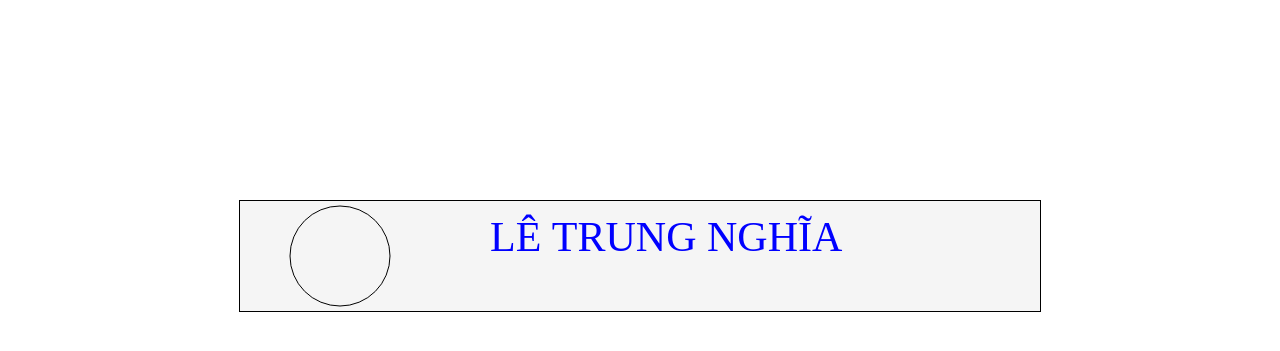
Repository: Nghia19/WEB20022-_00
Page: HTML5_CSS3/bai-4.html
An editor plug-in stored every save of this project. The page is shown before and after the next save, followed by the edit.
The browser window is 1280 px wide. The pictures show the whole page.

Above is the page before, as saved 2021-06-26 13:33:36.

### HTML5_CSS3/bai-4.html
<!DOCTYPE html>
<html lang="en">
  <head>
    <meta charset="UTF-8" />
    <meta http-equiv="X-UA-Compatible" content="IE=edge" />
    <meta name="viewport" content="width=device-width, initial-scale=1.0" />
    <title>Bài 4</title>
  </head>

  <body>
    <canvas
      id="arcexmaple"
      width="800"
      height="110"
      style="
        display: block;
        margin: 200px auto;
        background: whitesmoke;
        border-color: aqua;
        border: 1px solid #000;
      "
    >
    </canvas>
    <script>
      var canvas = document.getElementById("arcexmaple");
      var ctx = canvas.getContext("2d");
      ctx.font = "42px serif";
      ctx.fillStyle = "blue";
      ctx.fillText("LÊ TRUNG NGHĨA", 250, 50);
      ctx.beginPath();
      ctx.arc(100, 55, 50, 0, 2 * Math.PI);
      ctx.stroke();
    </script>
  </body>
</html>

After the next save:
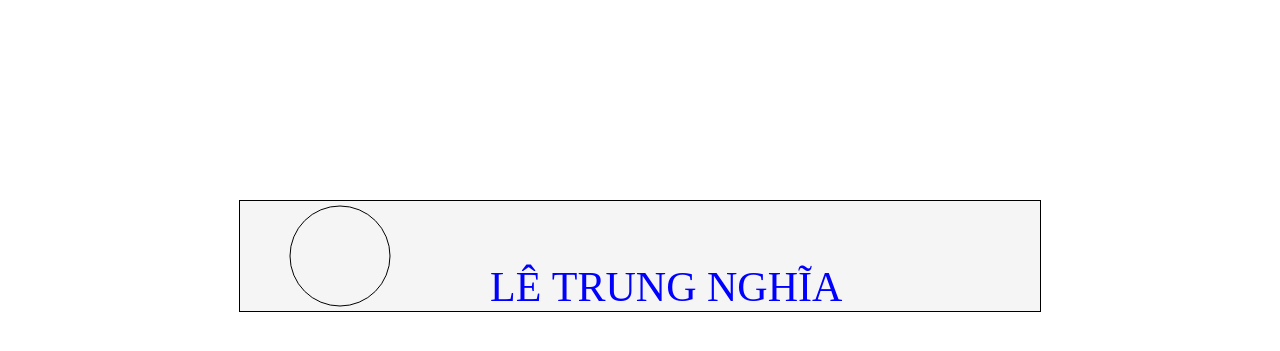
Saved 5 s later.
--- a/HTML5_CSS3/bai-4.html
+++ b/HTML5_CSS3/bai-4.html
@@ -26,7 +26,7 @@
       var ctx = canvas.getContext("2d");
       ctx.font = "42px serif";
       ctx.fillStyle = "blue";
-      ctx.fillText("LÊ TRUNG NGHĨA", 250, 50);
+      ctx.fillText("LÊ TRUNG NGHĨA", 250, 100);
       ctx.beginPath();
       ctx.arc(100, 55, 50, 0, 2 * Math.PI);
       ctx.stroke();
